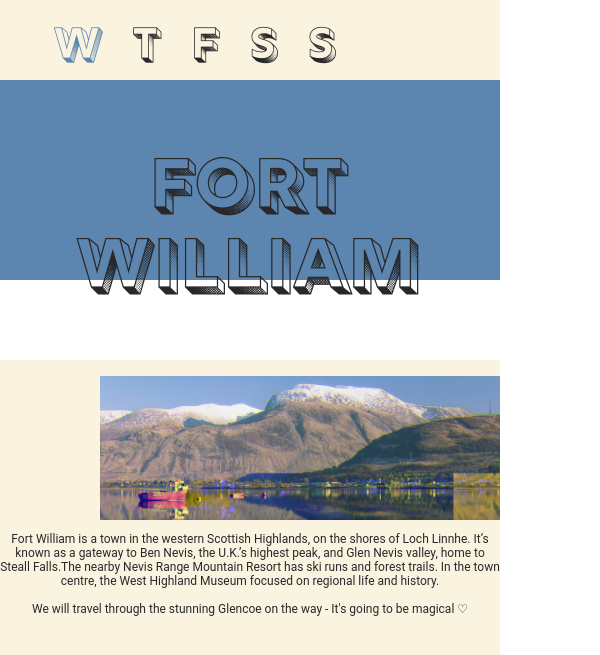
Repository: etak-yram/FINAL-CFG-WEB-DEV
Page: wednesday.html
An editor plug-in stored every save of this project. The page is shown before and after the next save, followed by the edit.
The browser window is 375 px wide. The page is 500 px wide, then 600 px, then 500 px, so the pictures cover 600 px, including what lies to the right of the window. The pictures show the whole page.

Above is the page before, as saved 2022-07-27 13:44:01.

### wednesday.html
<!DOCTYPE html>
<html lang="en">

<style>
    #menu-item-wed {
    color: #5c86af;
}

    #aside-color-w {
    background-color: #5c86af;
}

    #aside-text-wed {
        font-size: 6em;
    }

    #aside-text-wed {
        font-size: 6em;
    }
</style>

<head>
    <meta charset="UTF-8">
    <meta http-equiv="X-UA-Compatible" content="IE=edge">
    <meta name="viewport" content="width=device-width, initial-scale=1.0">
    <link rel="stylesheet" type="text/css" href="style-main.css"/>

    <title>WED</title>
</head>
<body>
        <aside id="aside-color-w">
            <div class="aside-text-h" id="aside-text-wed">
                <h1>Fort<br>William</h1>
            </div>
        </aside>

        <subtext>
            <p class="sub-text">56.8198° N, 5.1052°W<br><em>An Gearasdan</em></p>
        </subtext>

        <header>
            <ul class="navbar">
                <li><a href="/wednesday.html" id="menu-item-wed" class="menu-item">Wed</a></li>
                <li><a href="/thursday.html" id="menu-item-thu" class="menu-item">Thu</a></li>
                <li><a href="/friday.html" id="menu-item-fri" class="menu-item">Fri</a></li>
                <li><a href="/saturday.html" id="menu-item-sat" class="menu-item">Sat</a></li>
                <li><a href="/sunday.html" id="menu-item-sun" class="menu-item">Sun</a></li>
            </ul>
        </header>



        <mobile-header>
            <ul class="mobile-navbar">
                <li><a href="/wednesday.html" id="menu-item-wed" class="menu-item">W</a></li>
                <li><a href="/thursday.html" id="menu-item-thu" class="menu-item">T</a></li>
                <li><a href="/friday.html" id="menu-item-fri" class="menu-item">F</a></li>
                <li><a href="/saturday.html" id="menu-item-sat" class="menu-item">S</a></li>
                <li><a href="/sunday.html" id="menu-item-sun" class="menu-item">S</a></li>
            </ul>
        </mobile-header>



        <main-img>
            <div>
                <img class="home-image" src="/images/Fort William.png">
            </div>
        </main-img>

        <main><p>Fort William is a town in the western Scottish Highlands, on the shores of Loch Linnhe. It’s known as a gateway to Ben Nevis, the U.K.’s highest peak, and Glen Nevis valley, home to Steall Falls.The nearby Nevis Range Mountain Resort has ski runs and forest trails. In the town centre, the West Highland Museum focused on regional life and history.<br><br>
        We will travel through the stunning Glencoe on the way - It's going to be magical ♡</p></main>

        <footer></footer>

        <rightside></rightside>

</html>

### style-main.css
@font-face {
  font-family: halftone;
  src: url("/fonts/MyFontsWebfontsKit/webFonts/RigBoldHalftone/font.woff");
}
@import url('https://fonts.googleapis.com/css2?family=Roboto:wght@100&display=swap');
/* font-family: 'Roboto', sans-serif; */

body, html {
  height: 100vh;
}


body {
  margin: 0;
  display: grid;
  grid-template-columns: 21% 15% 20% 30% 21% ;
  grid-template-rows: 10% auto auto 10%;
  grid-template-areas:
    "sidebar subtext header header aside"
    "sidebar subtext main-img main-img aside"
    "sidebar subtext main main aside"
    "sidebar footer footer footer aside";
}


/* right sidebar */

rightside {
  grid-area: aside;
  background-color:#faf3e0;
}

/* sidebar */
aside {
  grid-area: sidebar;
}

.aside-text-h {
  transform: rotate(-90deg);
  transform-origin:bottom right;
  padding-top: 100px;
}

.aside-text-h h1 {
  font-family: halftone;
  color: #28282B;
  line-height: 130px;
}

/* subtext */

subtext {
  grid-area: subtext;
  background-color:#faf3e0;
}

.sub-text {
  font-family: 'Roboto', sans-serif;
  color:#28282B;
  font-size: 25px;
  transform: rotate(-90deg);
  transform-origin:bottom;
  padding-top: 550px;
  margin-left: -100px;
}


/* navbar */



header {
  grid-area: header;
  background-color:#faf3e0;
}


.navbar {
  display: flex;
  list-style: none;
  justify-content: center;
  justify-items: center;

}

.navbar a {
  font-family: halftone;
  text-decoration: none;
  color: #28282B;
  font-size: 4rem;
  padding: 20px;
}

#menu-item-wed:hover {
	color: #5c86af;
}
#menu-item-thu:hover {
	color: #ff914d;
}
#menu-item-fri:hover {
	color: #ffde59;
}
#menu-item-sat:hover {
	color: #03989e;
}
#menu-item-sun:hover {
	color: #b071c2;
}

/* main image  */

main-img {
  grid-area: main-img;
  background-color:#faf3e0;
  display: flex;
  align-items: center;
  padding-left: 100px;
  padding-top: 100px;
}

.home-image {
  width: 800px;
}


/* paragraph of info */
main {
  grid-area: main;
  background-color: #faf3e0;
  text-align: center;
}

main p {
  font-family: 'Roboto', sans-serif;
  color:#28282B;
  font-size: 20px;
}


/* footer */
footer {
  grid-area: footer;
  background-color:#faf3e0;
}





























/* Media Queries */

/* Extra small devices (phones, 600px and down) */
@media only screen and (max-width: 600px) {

  body {
    margin: 0;
    display: grid;
    grid-template-columns: 1fr;
    grid-template-rows: 10% 25% 10% 20% 25% 10%;
    grid-template-areas:
      "header"
      "sidebar"
      "subtext"
      "main-img"
      "main"
      "footer";
  }

  header {
    display: none;
    padding: none;
  }

  mobile-header {
    grid-area: header;
    background-color:#faf3e0;
  }


  .mobile-navbar {
    display: flex;
    list-style: none;

  }

  .mobile-navbar a {
    font-family: halftone;
    text-decoration: none;
    color: #28282B;
    font-size: 3rem;
    padding: 15px;

  }


/* sidebar */
aside {
  grid-area: sidebar;
  display: flex;
  justify-content: center;
  align-items: center;
  text-align: center;
}


.aside-text-h h1 {
  font-family: halftone;
  color: #28282B;
  font-size: .8em;
  line-height: 80px;
}


.aside-text-h {
  transform: none;
  transform-origin: none;
}


/* subtext */

subtext {
  display: none;
  /* grid-area: subtext;
  background-color:#faf3e0; */
}

/* .sub-text {
  font-family: 'Roboto', sans-serif;
  color:#28282B;
  font-size: 12px;
  transform: none;
} */





/* main image  */

main-img {
  grid-area: main-img;
  background-color:#faf3e0;
  display: flex;
  align-items: center;
}

.home-image {
  width: 400px;
}


/* paragraph of info */
main {
  grid-area: main;
  background-color: #faf3e0;
  text-align: center;
}

main p {
  font-family: 'Roboto', sans-serif;
  color:#28282B;
  font-size: 12px;
}


/* footer */
footer {
  grid-area: footer;
  background-color:#faf3e0;
}


  }

/* Small devices (portrait tablets and large phones, 600px and up) */
@media only screen and (min-width: 600px) {}
/* Medium devices (landscape tablets, 768px and up) */
@media only screen and (min-width: 768px) {}

/* Large devices (laptops/desktops, 992px and up) */
@media only screen and (min-width: 992px) {
  mobile-header {
    display: none;
  }
}

/* Extra large devices (large laptops and desktops, 1200px and up) */
@media only screen and (min-width: 1200px) {
  mobile-header {
    display: none;
  }
}

After the next save:
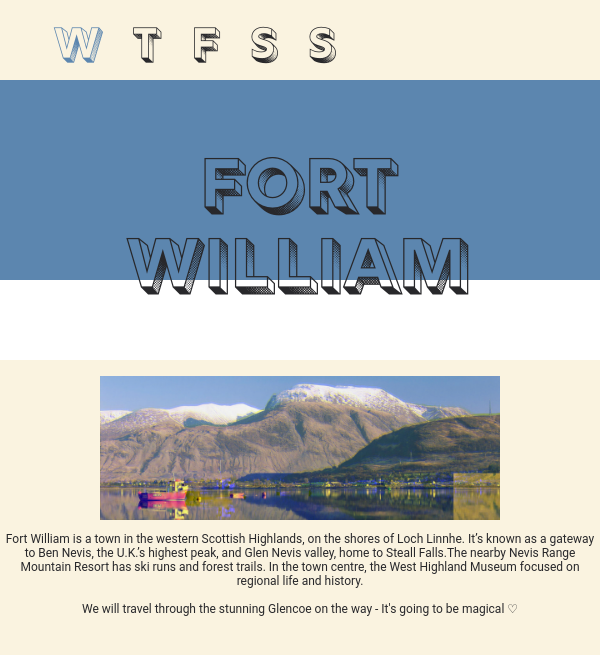
Saved 2 min 0 s later.
--- a/style-main.css
+++ b/style-main.css
@@ -179,7 +179,7 @@
   body {
     margin: 0;
     display: grid;
-    grid-template-columns: 1fr;
+    grid-template-columns: 600px;
     grid-template-rows: 10% 25% 10% 20% 25% 10%;
     grid-template-areas:
       "header"

After the save that followed:
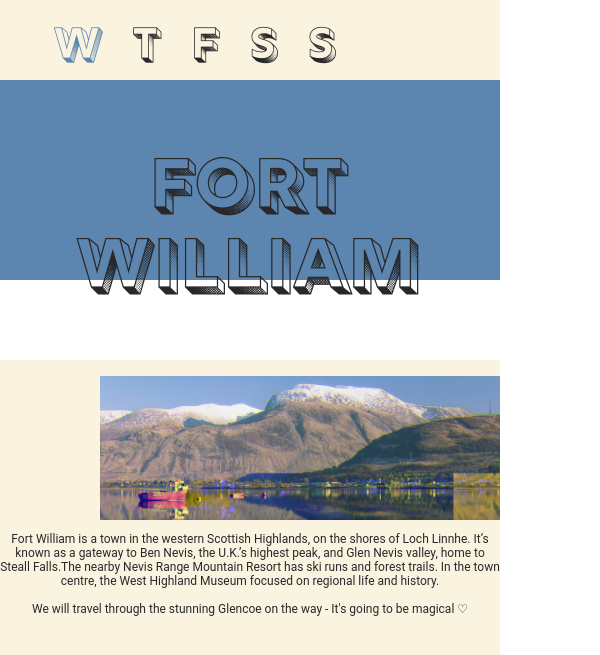
Saved 24 s later.
--- a/style-main.css
+++ b/style-main.css
@@ -179,7 +179,7 @@
   body {
     margin: 0;
     display: grid;
-    grid-template-columns: 600px;
+    grid-template-columns: 1fr;
     grid-template-rows: 10% 25% 10% 20% 25% 10%;
     grid-template-areas:
       "header"
